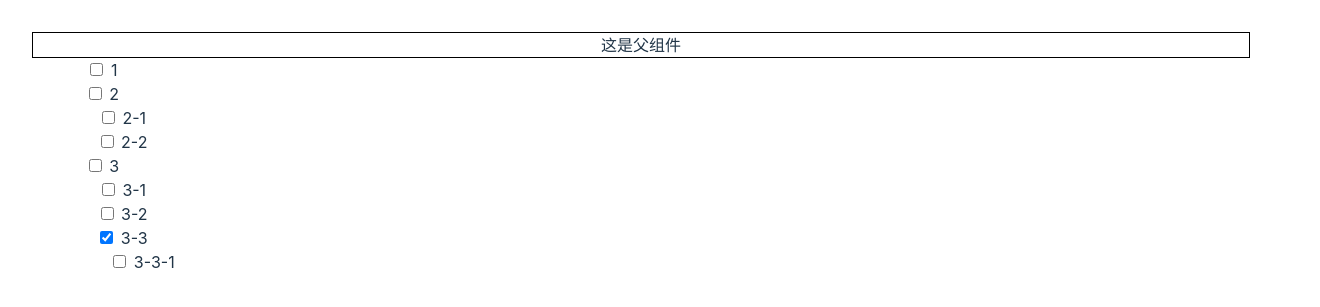
Repository: LeeypOR/management-system
Page: /
An editor plug-in stored every save of this project. The page is shown before and after the next save, followed by the edit.
The browser window is 1280 px wide. The page is 1280 px wide, then 1320 px, so the pictures cover 1320 px, including what lies to the right of the window. The pictures show the whole page.
The project was rebuilt for these pictures with package versions that can differ from the ones it lists, and the page was loaded fresh each time. Also part of the build but not shown: vite.config.ts.

Above is the page before, as saved 2023-02-23 18:22:15.
Console error: SyntaxError: Cannot use import statement outside a module

After the next save:
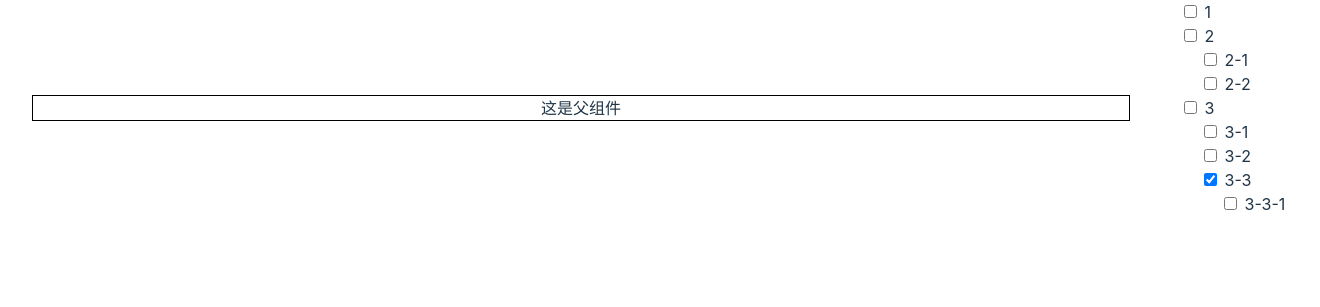
Saved 13 s later.
--- a/src/pages/index.vue
+++ b/src/pages/index.vue
@@ -3,7 +3,7 @@
     <header>
       这是父组件
     </header>
-    <Teleport to="#app">
+    <Teleport to="body">
       <Children1 :data="data"></Children1>
     </Teleport>
     <div>
